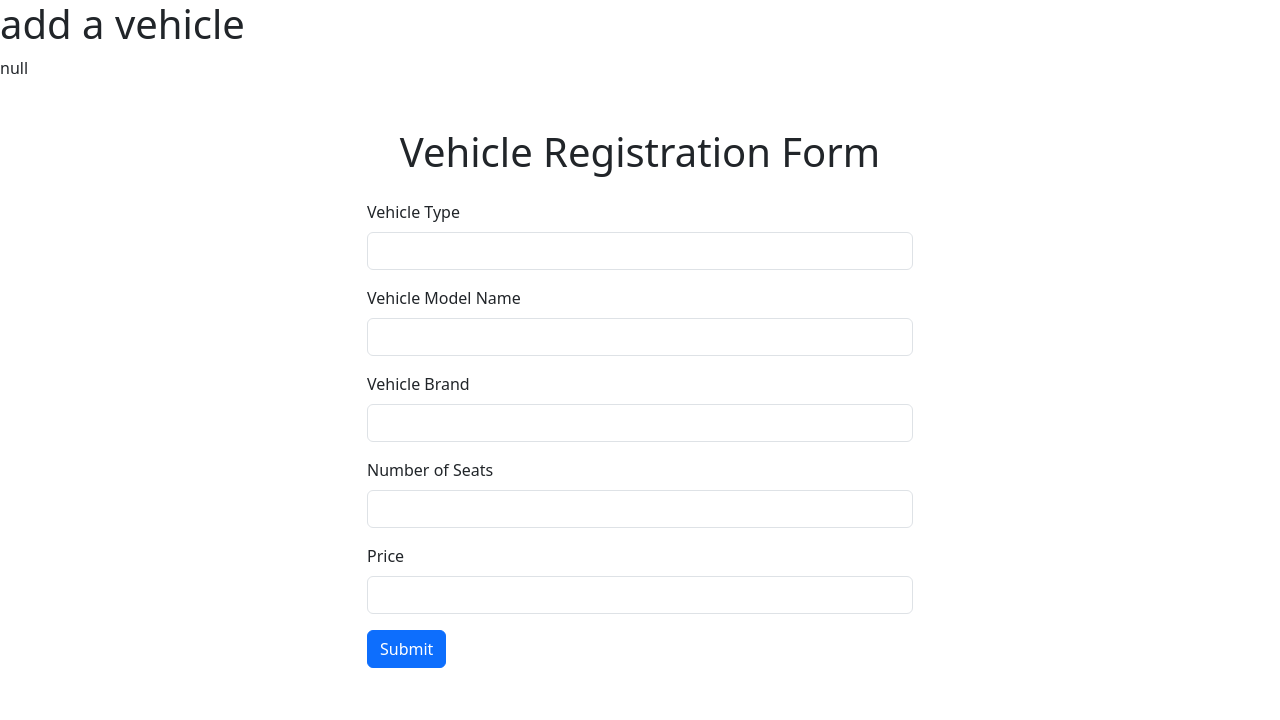
Repository: VimashaVishvani/VehicleRental
Page: http://localhost/Vehicle_rentalDb/addVehicle.jsp
These files come from the project's save history. The page is drawn as it stood at one moment and after the next save; the edit follows.
The browser window is 1280 px wide. The pictures show the whole page.
The page is served by Tomcat 9. Other server files are loaded and not shown.

Above is the page before, as saved 2024-05-06 21:05:20.

### Vehicle_rentalDb/src/main/webapp/addVehicle.jsp
<%@ page language="java" contentType="text/html; charset=ISO-8859-1"
    pageEncoding="ISO-8859-1"%>
 <%@taglib prefix="c" uri="http://java.sun.com/jsp/jstl/core"%>
<!DOCTYPE html>
<html>

<head>

<link href="https://cdn.jsdelivr.net/npm/bootstrap@5.3.3/dist/css/bootstrap.min.css" rel="stylesheet" integrity="sha384-QWTKZyjpPEjISv5WaRU9OFeRpok6YctnYmDr5pNlyT2bRjXh0JMhjY6hW+ALEwIH" crossorigin="anonymous">
<meta charset="ISO-8859-1">
<title>Insert title here</title>
</head>
<body>

<h1>add a vehicle</h1>

 	<%
        String id = request.getParameter("id");
        out.println(id);
    %>



<div class="container">
        <div class="row justify-content-center">
            <div class="col-md-3">
                <!-- Left column placeholder -->
            </div>
            <div class="col-md-6">
                <!-- Form -->
                <h1 class="text-center mt-5 mb-4">Vehicle Registration Form</h1>
                <form action="submitRegistration" method="post">
                    <div class="mb-3">
                        <label for="vType" class="form-label">Vehicle Type</label>
                        <input type="text" class="form-control" id="vType" name="vType">
                    </div>
                    <div class="mb-3">
                        <label for="vModelName" class="form-label">Vehicle Model Name</label>
                        <input type="text" class="form-control" id="vModelName" name="vModelName">
                    </div>
                    <div class="mb-3">
                        <label for="vBrand" class="form-label">Vehicle Brand</label>
                        <input type="text" class="form-control" id="vBrand" name="vBrand">
                    </div>
                    <div class="mb-3">
                        <label for="noOfSeats" class="form-label">Number of Seats</label>
                        <input type="number" class="form-control" id="noOfSeats" name="noOfSeats">
                    </div>
                    <div class="mb-3">
                        <label for="noOfSeats" class="form-label">Price</label>
                        <input type="number" class="form-control" id="nossOfSeats" name="price">
                    </div>
                    <input type="hidden" class="form-control" id="vssBrand" name="vOwner" value="<%= id %>">
                    <button type="submit" class="btn btn-primary">Submit</button>
                </form>
                <!-- End Form -->
            </div>
            <div class="col-md-3">
                <!-- Right column placeholder -->
            </div>
        </div>
    </div>
  <script src="https://cdn.jsdelivr.net/npm/bootstrap@5.3.3/dist/js/bootstrap.bundle.min.js" integrity="sha384-YvpcrYf0tY3lHB60NNkmXc5s9fDVZLESaAA55NDzOxhy9GkcIdslK1eN7N6jIeHz" crossorigin="anonymous"></script>
</body>
</html>

After the next save:
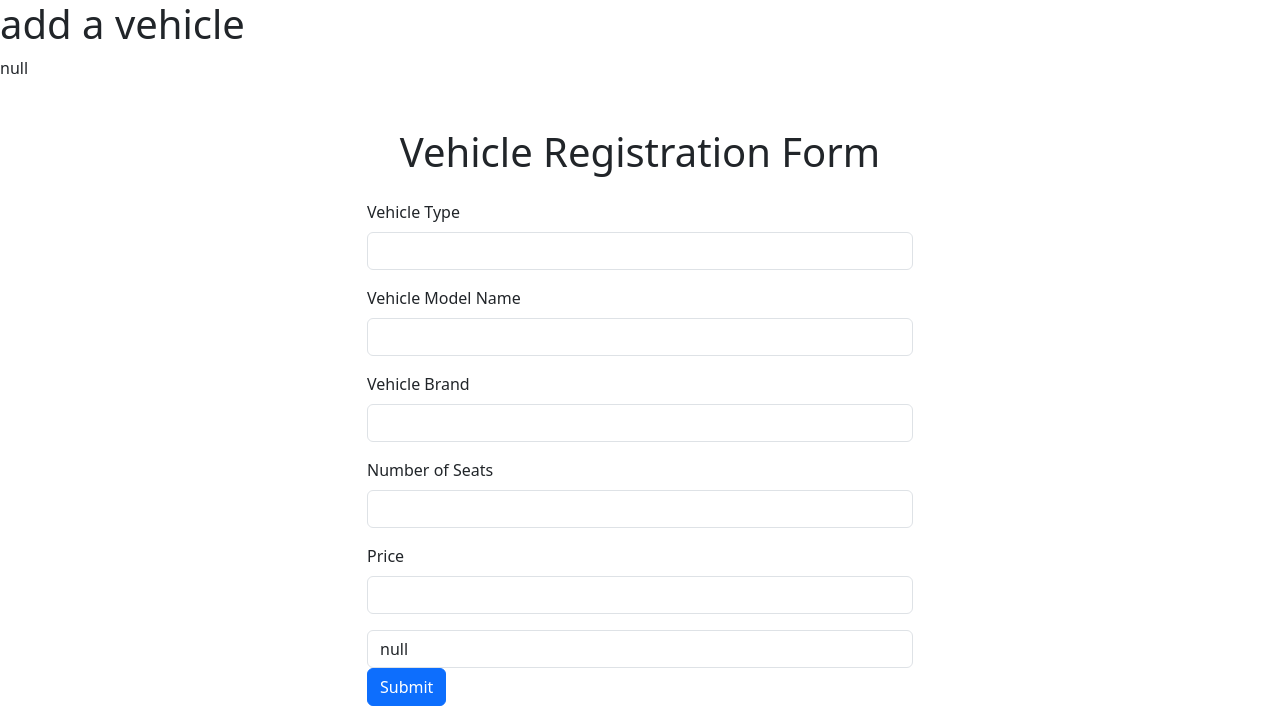
Saved 3 min 53 s later.
--- a/Vehicle_rentalDb/src/main/webapp/addVehicle.jsp
+++ b/Vehicle_rentalDb/src/main/webapp/addVehicle.jsp
@@ -50,7 +50,7 @@
                         <label for="noOfSeats" class="form-label">Price</label>
                         <input type="number" class="form-control" id="nossOfSeats" name="price">
                     </div>
-                    <input type="hidden" class="form-control" id="vssBrand" name="vOwner" value="<%= id %>">
+                    <input type="text" class="form-control" id="vssBrand" name="vOwner" value="<%= id %>" placeholder="<%= id %>">
                     <button type="submit" class="btn btn-primary">Submit</button>
                 </form>
                 <!-- End Form -->

After the save that followed:
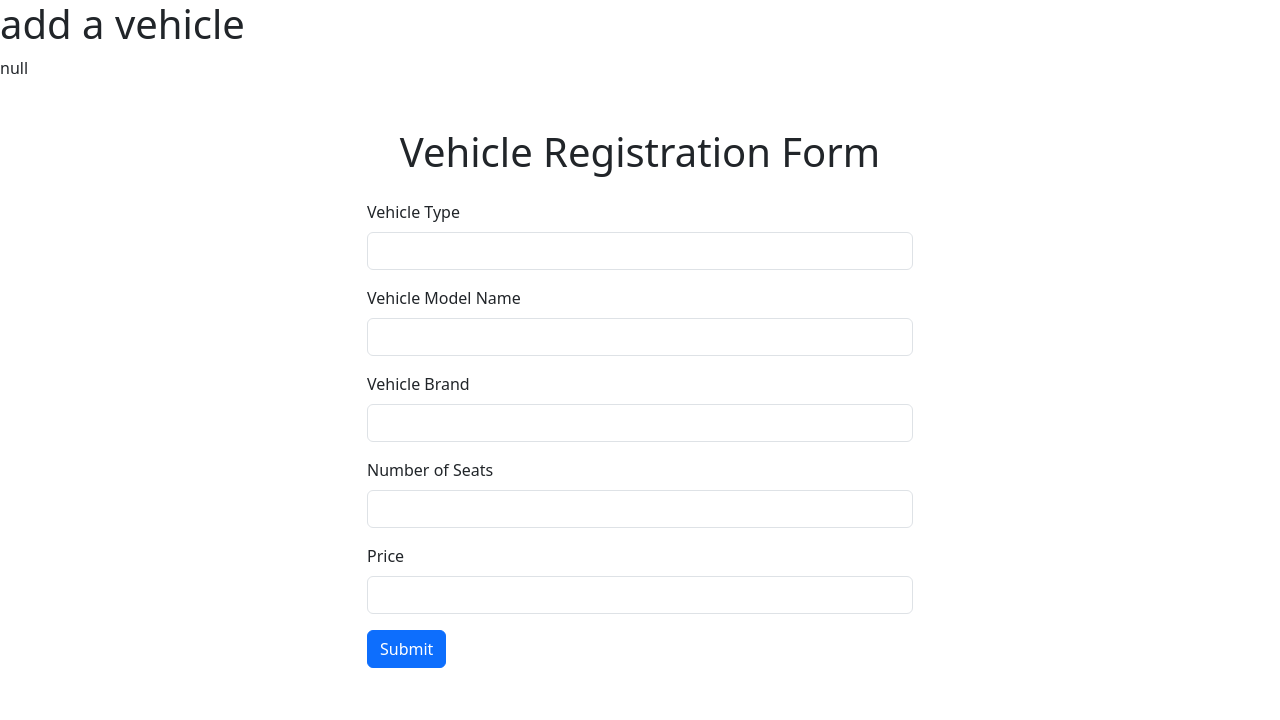
Saved 2 min 33 s later.
--- a/Vehicle_rentalDb/src/main/webapp/addVehicle.jsp
+++ b/Vehicle_rentalDb/src/main/webapp/addVehicle.jsp
@@ -29,7 +29,7 @@
             <div class="col-md-6">
                 <!-- Form -->
                 <h1 class="text-center mt-5 mb-4">Vehicle Registration Form</h1>
-                <form action="submitRegistration" method="post">
+                <form action="viewUser" method="post">
                     <div class="mb-3">
                         <label for="vType" class="form-label">Vehicle Type</label>
                         <input type="text" class="form-control" id="vType" name="vType">
@@ -50,7 +50,7 @@
                         <label for="noOfSeats" class="form-label">Price</label>
                         <input type="number" class="form-control" id="nossOfSeats" name="price">
                     </div>
-                    <input type="text" class="form-control" id="vssBrand" name="vOwner" value="<%= id %>" placeholder="<%= id %>">
+                    <input type="hidden" class="form-control" id="vssBrand" name="vOwner" value="<%= id %>">
                     <button type="submit" class="btn btn-primary">Submit</button>
                 </form>
                 <!-- End Form -->
